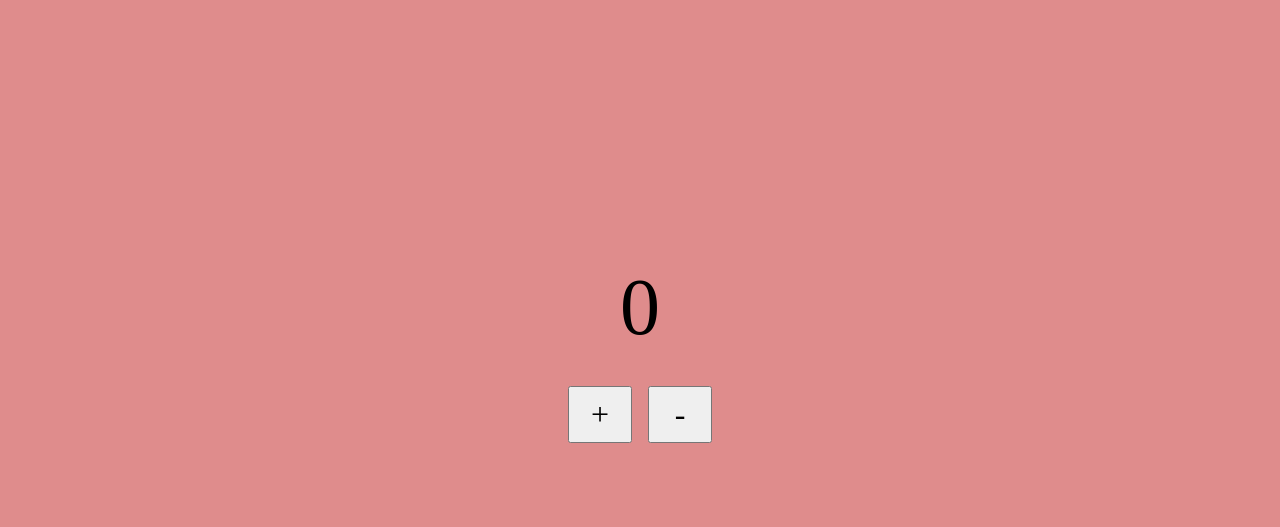
Repository: nasimqureshi/counter-in-redux
Page: /
An editor plug-in stored every save of this project. The page is shown before and after a run of saves, followed by the edit.
The browser window is 1280 px wide. The pictures show the whole page.
The project was rebuilt for these pictures with package versions that can differ from the ones it lists, and the page was loaded fresh each time.

Above is the page before, as saved 2024-10-16 22:57:24.

After the next 5 saves:
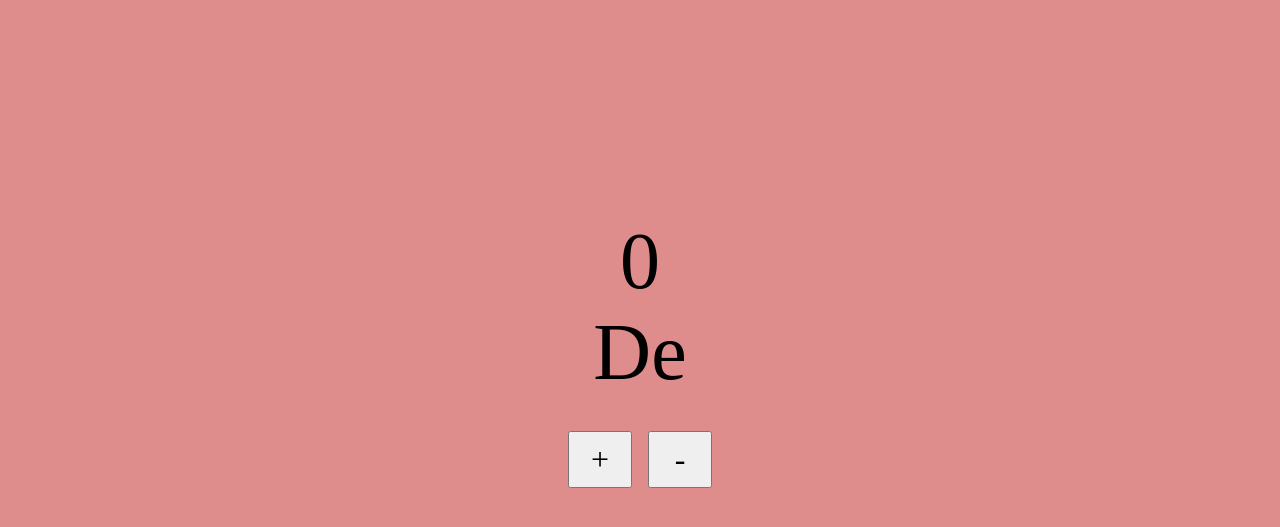
The 5 saves are shown as one change because they came seconds apart.
The last was saved 33 s later.
--- a/src/features/counter/Counter.js
+++ b/src/features/counter/Counter.js
@@ -9,6 +9,7 @@ const Counter = () => {
   return (
     <section>
       <p>{count}</p>
+      <p>De</p>
       <div>
         <button onClick={()=> dispatch(increment())}>+</button>
         <button onClick={()=> dispatch(decrement())}>-</button>
